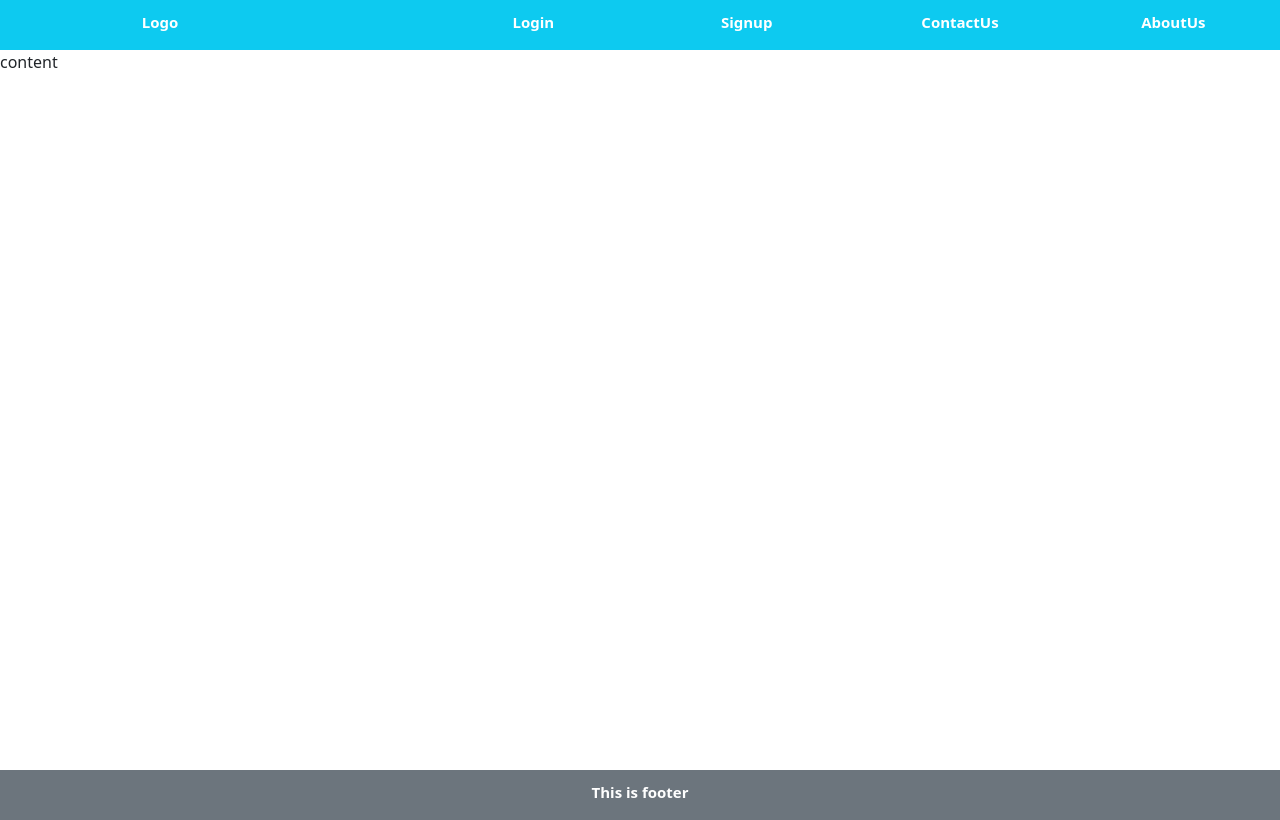
Repository: vishalsin888/J2EE-
Page: http://localhost/JSPE2E/
The author's editor kept a copy of each file at every save. The page is drawn from the files as they stood at one save, then again after the next save.
The browser window is 1280 px wide. The pictures show the whole page.
The page is served by Tomcat 9.

Above is the page before, as saved 2022-10-28 10:39:50.

After the next save:
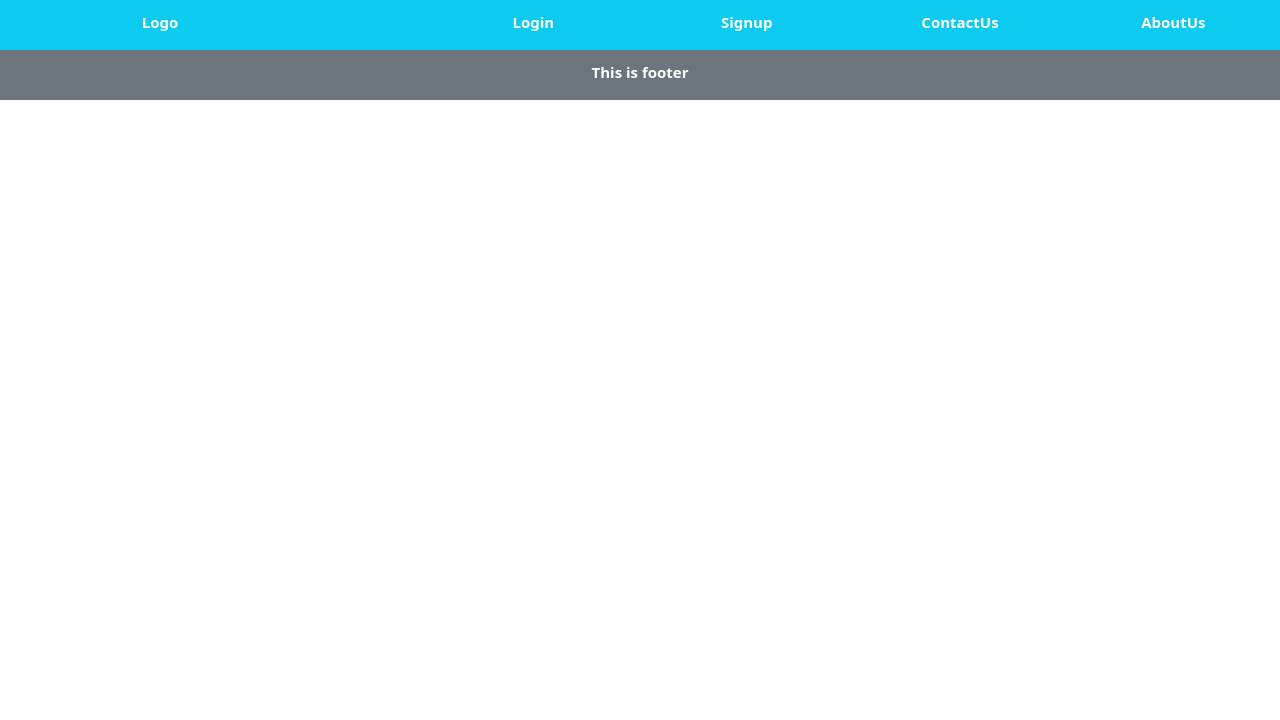
Saved 104 s later.
--- a/JSPE2E/src/main/webapp/index.jsp
+++ b/JSPE2E/src/main/webapp/index.jsp
@@ -9,9 +9,7 @@
 <body>
 <jsp:include page="header.jsp"></jsp:include>
  <div class="container-fluid">
-    <div class="row" style="height:100vh;">
-        content
-    </div>
+
 </div>
 <jsp:include page="footer.jsp"></jsp:include>
 </body>
